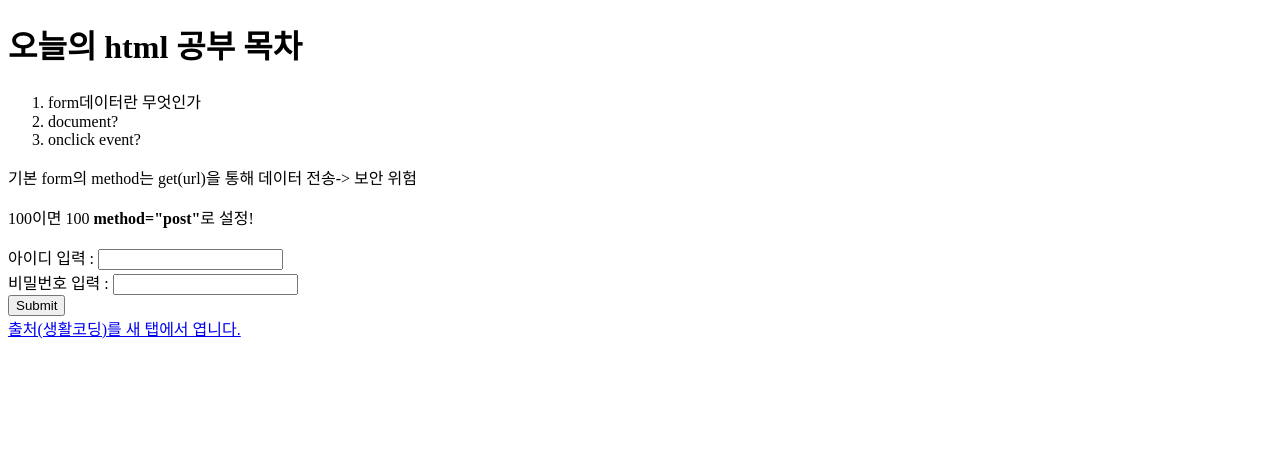
Repository: PareutPareut/frontend
Page: markDowns/study1129.html
These files come from the project's save history. The page is drawn as it stood at one moment and after the next save; the edit follows.
The browser window is 1280 px wide. The pictures show the whole page.

Above is the page before, as saved 2023-11-29 14:55:36.

### markDowns/study1129.html
<!doctype html>
<html>
    <head>
        <meta charset="utf-8"/>
        <title>html- form, document, onclick event</title>
    </head>
    <body>
        <header>
            <h1>오늘의 html 공부 목차</h1>
        </header>
        <ol>
            <li>form데이터란 무엇인가</li>
            <li>document?</li>
            <li>onclick event?</li>
        </ol>

        <form action="localhost:3000/user" method="post">
            <div>
                <p>기본 form의 method는 get(url)을 통해 데이터 전송-> 보안 위험</p>
                <p>100이면 100 <strong>method="post"</strong>로 설정!</p>
            </div>

            <div>
                <label for="put_id"> 아이디 입력 : </label>
                <input type="text" id="put_id" name="id">
            </div>

            <div>
                <label for="put_pwd">비밀번호 입력 : </label>
                <input type="password" id="put_pwd" name="pwd">
            </div>

            <input type="submit">
        </form>


        <script>

        </script>

        <footer>
            <a href="https://opentutorials.org/course/2039/10962" target="_blank">출처(생활코딩)를 새 탭에서 엽니다.</a>
        </footer>


    </body>
</html>

After the next save:
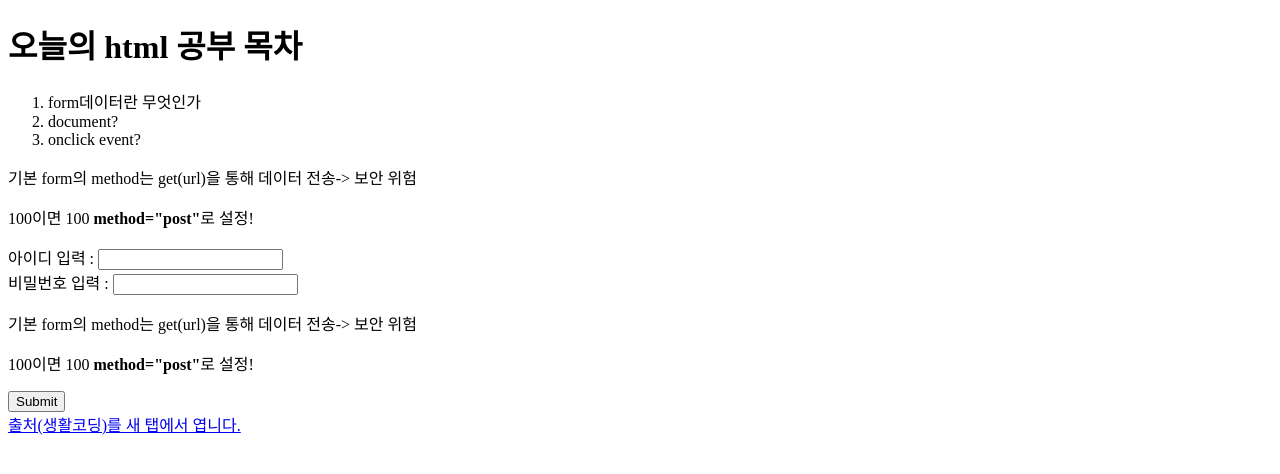
Saved 41 s later.
--- a/markDowns/study1129.html
+++ b/markDowns/study1129.html
@@ -30,6 +30,11 @@
                 <input type="password" id="put_pwd" name="pwd">
             </div>
 
+            <div>
+                <p>기본 form의 method는 get(url)을 통해 데이터 전송-> 보안 위험</p>
+                <p>100이면 100 <strong>method="post"</strong>로 설정!</p>
+            </div>
+
             <input type="submit">
         </form>
 
